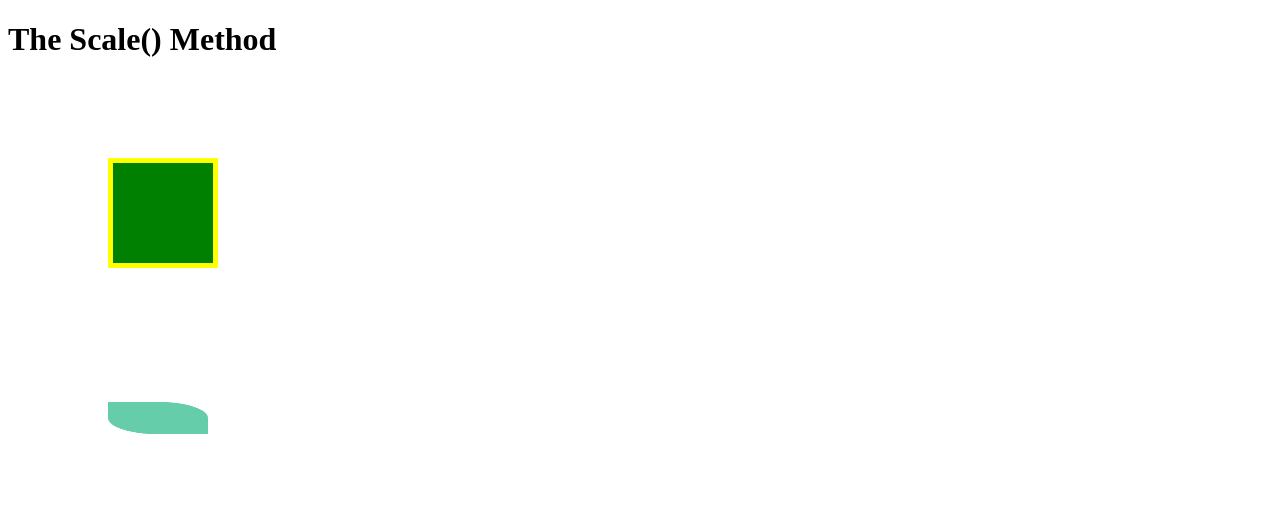
Repository: BhardwajMonika/core-java
Page: HTML2/WebContent/Scale.html
The author's editor kept a copy of each file at every save. The page is drawn from the files as they stood at one save, then again after the next save.
The browser window is 1280 px wide. The pictures show the whole page.
The pointer rests on the first visible `.droplet`.

Above is the page before, as saved 2019-02-27 10:54:27.

### HTML2/WebContent/Scale.html
<!DOCTYPE html>
<html>
<head>
<style type="text/css">
.square{
width:100px;
height:100px;
background-color:green;
border:5px solid Yellow;
margin:100px;
transition:transform 1s;
}

.square:hover{transform:scale(2,2);}

.droplet{
height:100px;
background-color:mediumaquamarine;
border-radius:2% 50%;
margin:100px;
transition:all 3s;
transition-timing:ease-in-out;
width:100px;
}

.droplet:hover{transform:rotateX(360deg);}
</style>
<meta charset="ISO-8859-1">
<title>Insert title here</title>
</head>
<body>
<h1>The Scale() Method</h1>
<div class="square"></div>
<div class="droplet"></div>
</body>
</html>

After the next save:
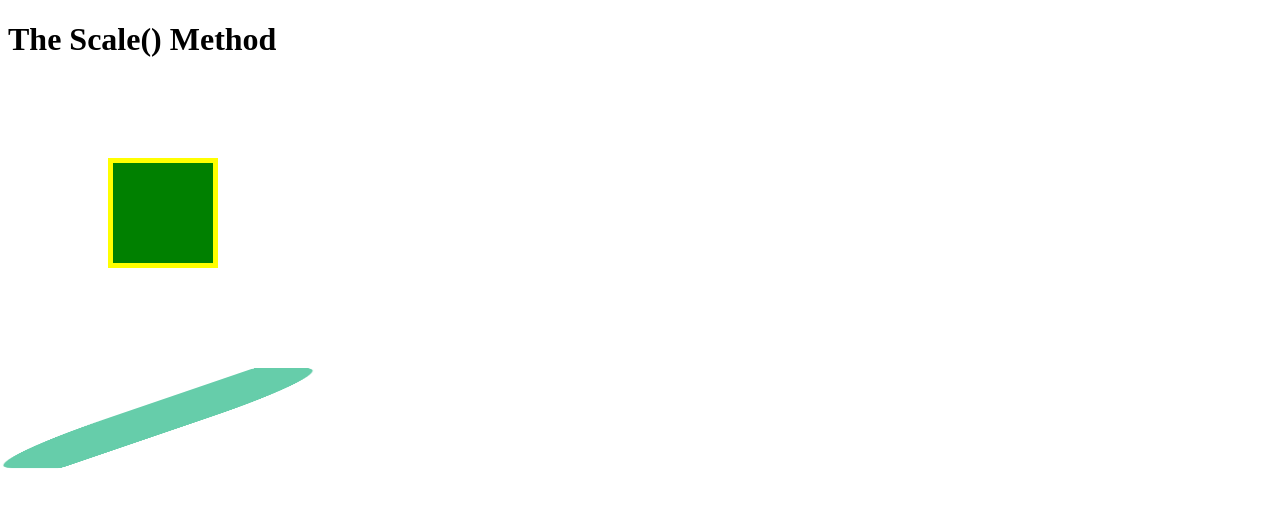
Saved 28 s later.
--- a/HTML2/WebContent/Scale.html
+++ b/HTML2/WebContent/Scale.html
@@ -23,7 +23,7 @@ transition-timing:ease-in-out;
 width:100px;
 }
 
-.droplet:hover{transform:rotateX(360deg);}
+.droplet:hover{transform:skew(360deg);}
 </style>
 <meta charset="ISO-8859-1">
 <title>Insert title here</title>
